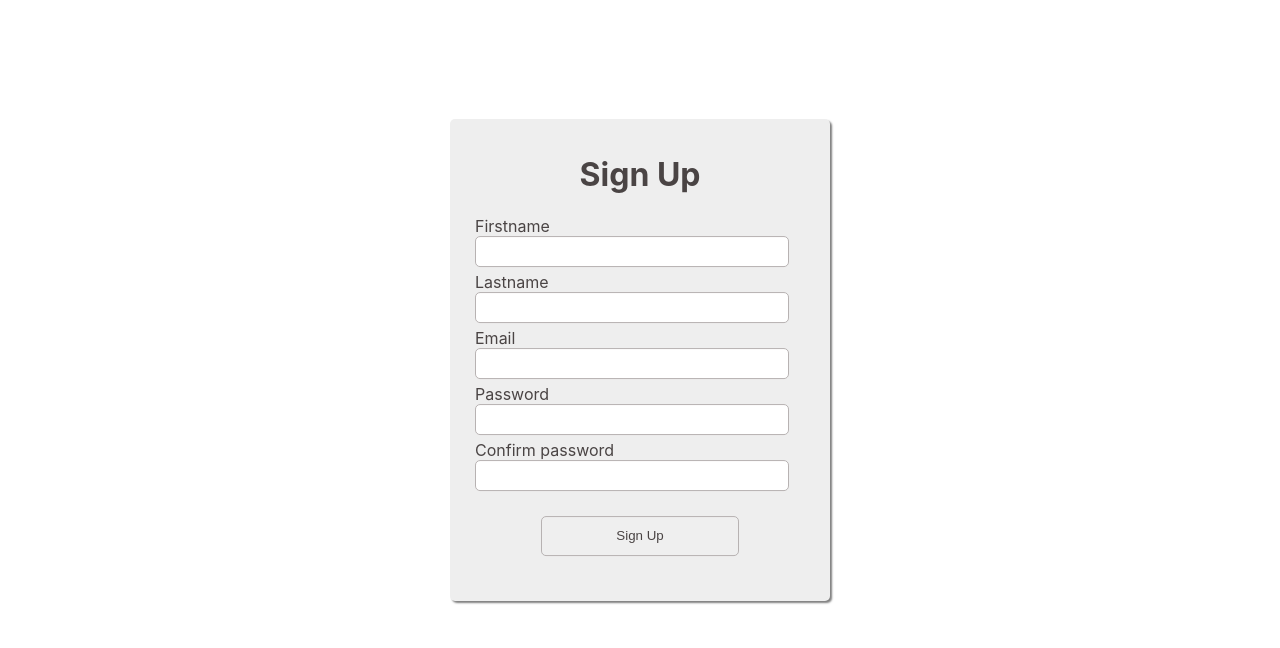
Repository: khamraeva/JSP-homework1-sighup
Page: /
The author's editor kept a copy of each file at every save. The page is drawn from the files as they stood at one save, then again after the next save.
The browser window is 1280 px wide. The pictures show the whole page.
The project was rebuilt for these pictures with package versions that can differ from the ones it lists, and the page was loaded fresh each time.

Above is the page before, as saved 2020-07-22 17:34:21.

### src/App.js
import React from 'react';
import SignUp from './Components/SignUp/SignUp';


function App() {
  return (
    <div className="App">
      <SignUp />
    </div>
  );
}

export default App;

### src/Components/SignUp/SignUp.js
import React, { Component } from 'react';
import './SignUp.css';

class SignUp extends Component {
    render() {
        return (
            <div className={'signup-container'}>
                <h1>Sign Up</h1>
                <form className={'signup-form'}>
                    <label>Firstname</label>
                    <input
                        className='input'
                        type='text'
                    />
                    <label>Lastname</label>
                    <input
                        className='input'
                        type='text'
                    />
                    <label>Email</label>
                    <input
                        className='input'
                        type='text'
                    />
                    <label>Password</label>
                    <input
                        className='input'
                        type='password'
                    />
                    <label>Confirm password</label>
                    <input
                        className='input'
                        type='password'
                    />
                    <div className='btn-wrapper'>
                        <button>Sign Up</button>
                    </div>
                </form>
            </div>
        )
    }
}

export default SignUp

### src/Components/SignUp/SignUp.css
.signup-container {
    padding: 50px;
    background: #ccc;
    position: fixed; top: 50%; left: 50%;
    transform: translate(-50%, -50%);
    width: 350px;
    background: #eee;
    box-shadow: 2px 2px 2px rgba(0, 0, 0, .5);
    padding: 15px;
    border-radius: 5px;
}

.signup-container h1 {
    text-align: center;
    color: rgb(74, 68, 68);
}

.signup-form {
    margin: 10px;
}

.signup-form label {
    color: rgb(74, 68, 68);
}

.input {
    display: block;
    box-sizing: border-box;
    border: 1px solid #bebebe;
    padding: 7px;
    margin: 0 0 5px;
    width: 95%;
    outline: none;
    border-radius: 5px;
    border: 1px solid rgb(183, 178, 178);
}

.btn-wrapper {
    display: flex;
    justify-content: center;
}

.btn-wrapper button {
    color: rgb(74, 68, 68);
    width: 60%;
    height: 40px;
    margin: 20px 0;
    border-radius: 5px;
    border: 1px solid rgb(183, 178, 178);
}

.btn-wrapper button:hover {
    background-color: rgba(183, 178, 178, .6);
    transition: all .3s ease-in-out;
}

.btn-wrapper button:focus {
    outline: none;
    }

.btn-wrapper button:active {
        box-shadow: inset 2px 2px 1px rgba(0, 0, 0, .3);
    }

Loaded but not shown: public/index.html (common file); src/index.js (common file); src/index.css (common file); src/serviceWorker.js (common file)

After the next save:
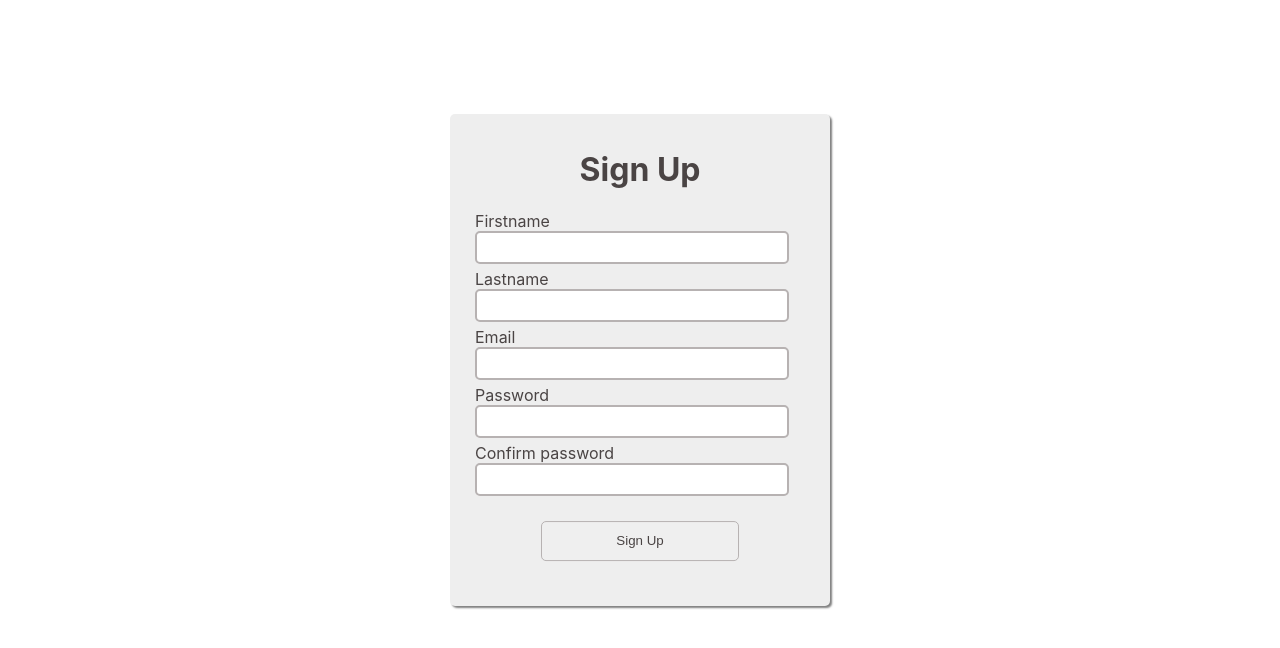
Saved 14 s later.
--- a/src/Components/SignUp/SignUp.css
+++ b/src/Components/SignUp/SignUp.css
@@ -32,7 +32,7 @@
     width: 95%;
     outline: none;
     border-radius: 5px;
-    border: 1px solid rgb(183, 178, 178);
+    border: 2px solid rgb(183, 178, 178);
 }
 
 .btn-wrapper {

After the save that followed:
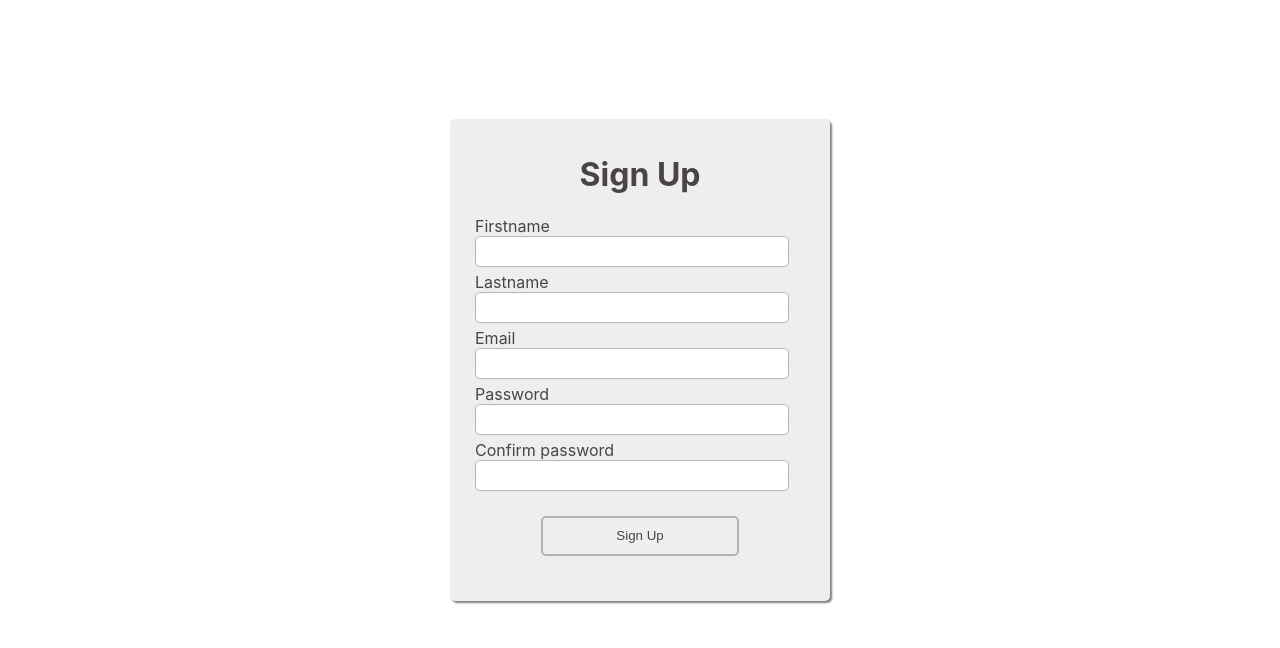
Saved 17 s later.
--- a/src/Components/SignUp/SignUp.css
+++ b/src/Components/SignUp/SignUp.css
@@ -32,7 +32,7 @@
     width: 95%;
     outline: none;
     border-radius: 5px;
-    border: 2px solid rgb(183, 178, 178);
+    border: 1px solid rgb(183, 178, 178);
 }
 
 .btn-wrapper {
@@ -46,7 +46,7 @@
     height: 40px;
     margin: 20px 0;
     border-radius: 5px;
-    border: 1px solid rgb(183, 178, 178);
+    border: 2px solid rgb(183, 178, 178);
 }
 
 .btn-wrapper button:hover {
